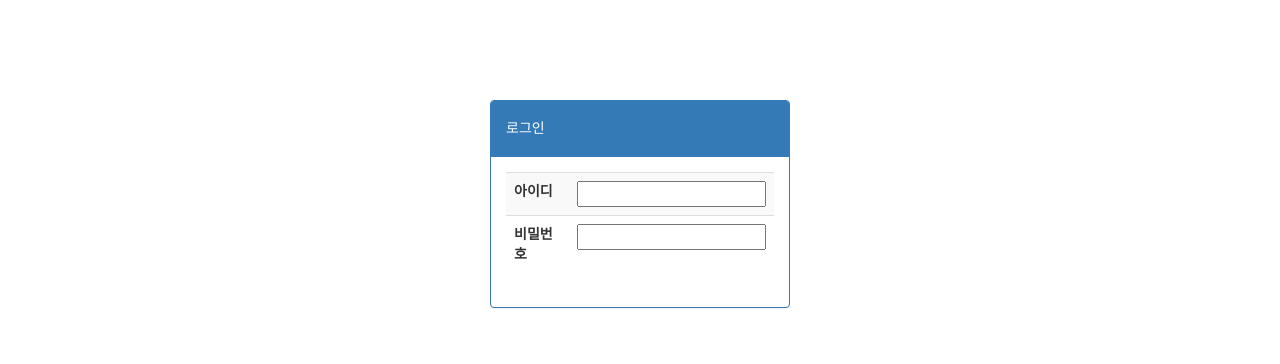
Repository: simDev1234/WebStudy
Page: http://localhost/2022_0607_PhotoGallery/member/login_form.do
These files come from the project's save history. The page is drawn as it stood at one moment and after the next save; the edit follows.
The browser window is 1280 px wide. The pictures show the whole page.
The page is served by Tomcat 9. Other server files are loaded and not shown.

Above is the page before, as saved 2022-06-07 08:17:02.

### _01_상반기_WebStudy/2022_0607_PhotoGallery/src/main/webapp/member/member_login_form.jsp
<%@ page language="java" contentType="text/html; charset=UTF-8"
    pageEncoding="UTF-8"%>
<!DOCTYPE html>
<html>
<head>
<meta charset="UTF-8">
<!-- Bootstrap 3.x -->
<link rel="stylesheet" href="https://maxcdn.bootstrapcdn.com/bootstrap/3.4.1/css/bootstrap.min.css">
<script src="https://ajax.googleapis.com/ajax/libs/jquery/3.6.0/jquery.min.js"></script>
<script src="https://maxcdn.bootstrapcdn.com/bootstrap/3.4.1/js/bootstrap.min.js"></script>
<style type="text/css">
    #box{
       width : 300px;
       margin : auto;
       margin-top : 100px;
    }
</style>
<title>Insert title here</title>
</head>
<body>
   <form>
      <div id = "box">
         <div class="panel panel-primary">
		    <div class="panel-heading"><h5>로그인</h5></div>
		    <div class="panel-body">
		       <table class = "table table-striped">
		           <tr>
		             <th>아이디</th>
		             <td><input name = "m_id"></td>
		           </tr>
		           <tr>
		             <th>비밀번호</th>
		             <td><input type = "password" name = "m_pwd"></td>
		           </tr>
		           <tr></tr>
		       </table>
		    </div>
		 </div>
      </div>
   </form>
</body>
</html>

### _01_상반기_WebStudy/2022_0607_PhotoGallery/src/main/java/action/member/MemberLoginFormAction.java
package action.member;

import java.io.IOException;
import javax.servlet.RequestDispatcher;
import javax.servlet.ServletException;
import javax.servlet.annotation.WebServlet;
import javax.servlet.http.HttpServlet;
import javax.servlet.http.HttpServletRequest;
import javax.servlet.http.HttpServletResponse;

/**
 * Servlet implementation class MemberLoginFormAction
 */
@WebServlet("/member/login_form.do")
public class MemberLoginFormAction extends HttpServlet {
	private static final long serialVersionUID = 1L;

	/**
	 * @see HttpServlet#HttpServlet()
	 */
	public MemberLoginFormAction() {
		super();
		// TODO Auto-generated constructor stub
	}

	/**
	 * @see HttpServlet#service(HttpServletRequest request, HttpServletResponse response)
	 */
	protected void service(HttpServletRequest request, HttpServletResponse response)
			throws ServletException, IOException {

		//forward
		String forward_page = "member_login_form.jsp";
		RequestDispatcher disp = request.getRequestDispatcher(forward_page);
		disp.forward(request, response);

	}

}

After the next save:
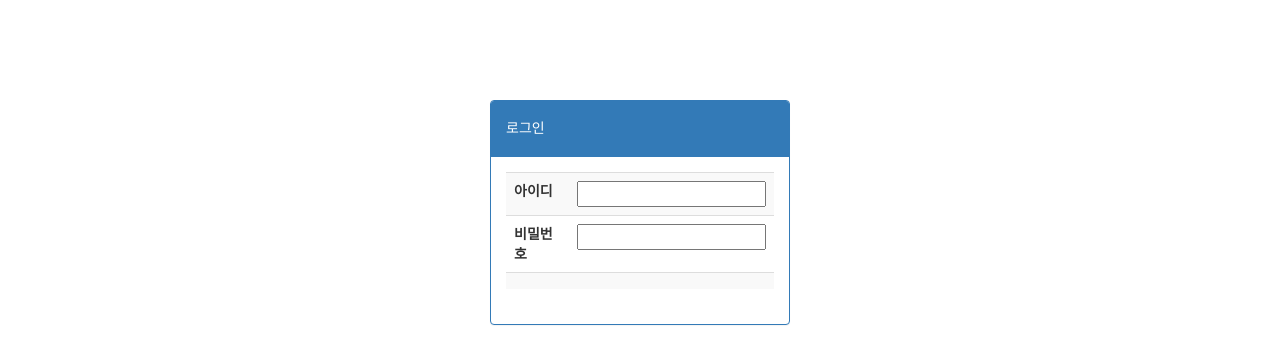
Saved 10 s later.
--- a/_01_상반기_WebStudy/2022_0607_PhotoGallery/src/main/webapp/member/member_login_form.jsp
+++ b/_01_상반기_WebStudy/2022_0607_PhotoGallery/src/main/webapp/member/member_login_form.jsp
@@ -32,7 +32,9 @@
 		             <th>비밀번호</th>
 		             <td><input type = "password" name = "m_pwd"></td>
 		           </tr>
-		           <tr></tr>
+		           <tr>
+		             <td colspan = "2"></td>
+		           </tr>
 		       </table>
 		    </div>
 		 </div>
